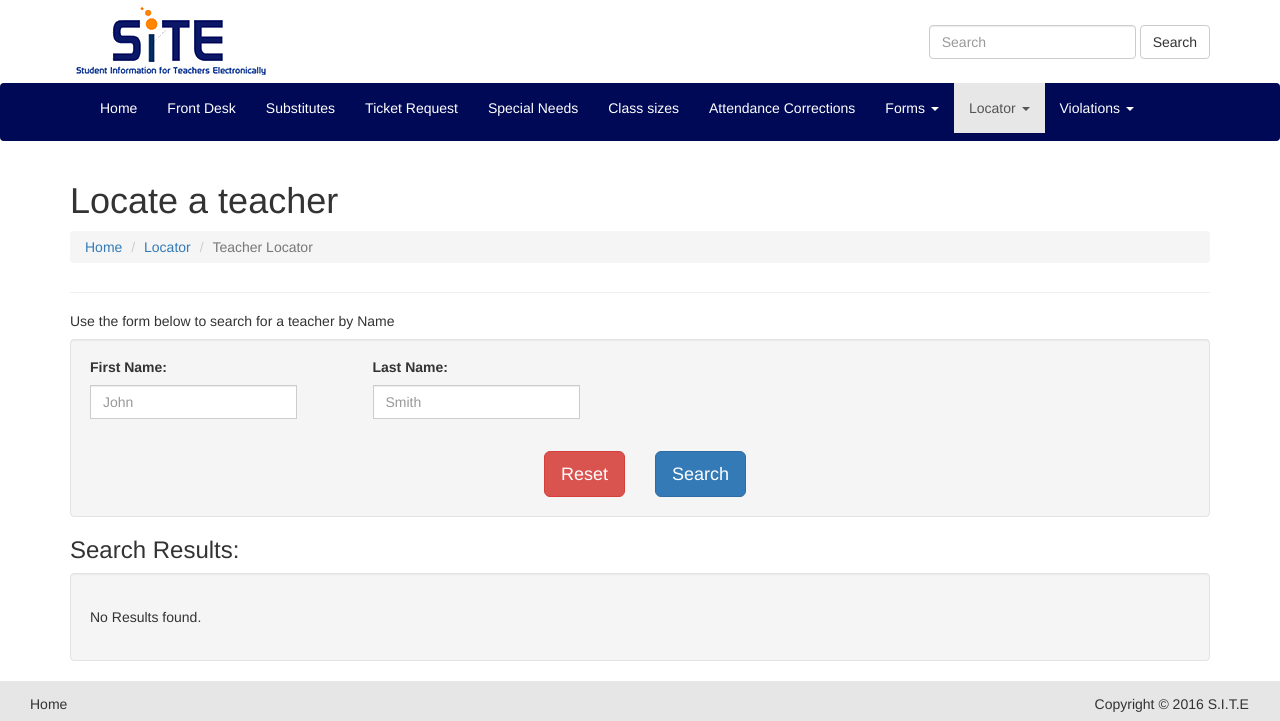
Repository: theFeez/S.I.T.E.
Page: workspace/teacher_locator.html
The author's editor kept a record of every edit. The page is drawn from the files as they stood at one moment, then again after the next edit.
The browser window is 1280 px wide. The pictures show the whole page.
Some web libraries are served in a nearby version.

Above is the page before.

After the next edit:
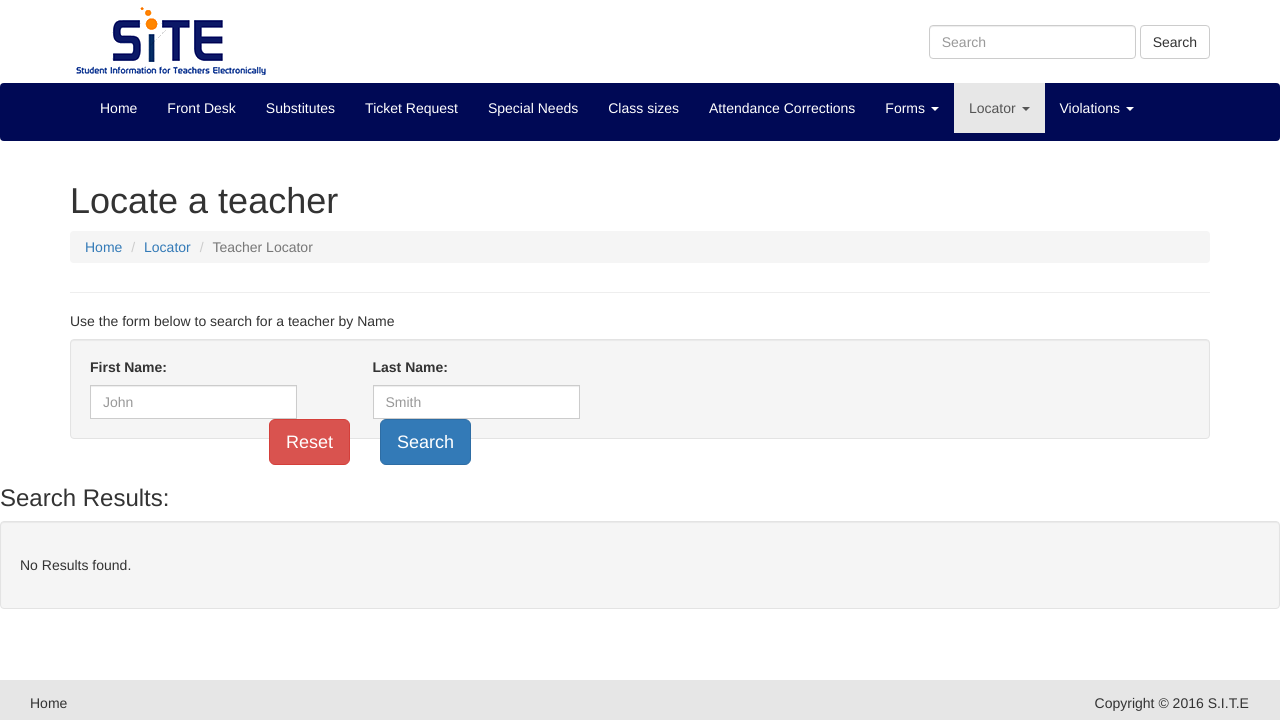
The edit:
--- a/workspace/teacher_locator.html
+++ b/workspace/teacher_locator.html
@@ -137,10 +137,7 @@
           <!-- /.col-lg-6 -->
       </div>
         <!-- /.row -->
-        <br>
-        <br>
-        <div class="row">
-          <div class="col-lg-6">
+          <div class="col-lg-3">
             <button type="reset" value="Reset" class="btn btn-lg btn-danger pull-right">Reset</button>
             <!--<button type="button" class="btn btn-lg btn-danger pull-right">&nbsp Clear &nbsp</button>-->
           </div>
